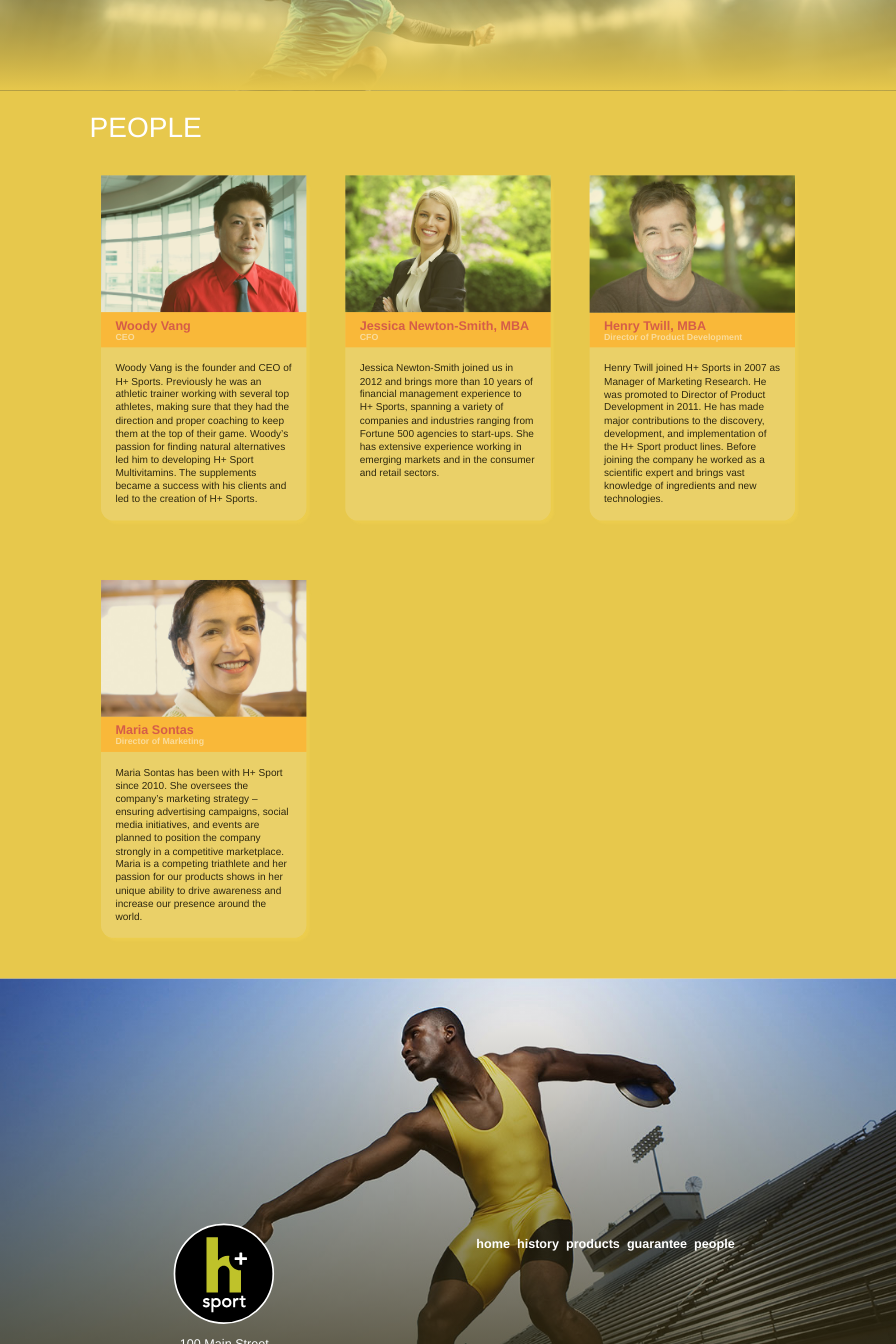
Repository: abrarzahin/H-Plus-Sports
Page: JSFapp/WebContent/index.html
These files come from the project's save history. The page is drawn as it stood at one moment and after the next save; the edit follows.
The browser window is 1280 px wide. The pictures show the part of the page from y = 3683 to 5603 px (the page is 5801 px tall before and 5203 px after), at 70% of full size.
Some web fonts or font styles are not loaded; a fallback is used.

Above is the page before, as saved 2019-01-07 00:50:04.

### JSFapp/WebContent/index.html
<!DOCTYPE html>

<html xmlns="http://www.w3.org/1999/xhtml"
	xmlns:ui="http://xmlns.jcp.org/jsf/facelets"
	xmlns:h="http://xmlns.jcp.org/jsf/html"
	xmlns:f="http://xmlns.jcp.org/jsf/core">
<head>
  <meta charset="UTF-8">
  <title>H+ Sport</title>
  <link rel="stylesheet" href="css/style.css">
  <meta name="viewport" content="width=device-width, initial-scale=1.0">
</head>
<body>

<header id="home" class="header">
  <nav class="nav" role="navigation">
    <div class="container nav-elements">
      <div class="branding">
        <a href="#home"><img src="images/hpluslogo.svg" alt="Logo - H Plus Sports"></a>
      </div><!-- branding -->
      <ul class="navbar">
        <li><a href="#home">home</a></li>
        <li><a href="#history">history</a></li>
        <li><a href="#products">products</a></li>
        <li><a href="#guarantee">guarantee</a></li>
        <li><a href="#people">people</a></li>
      </ul><!-- navbar -->
    </div><!-- container nav-elements -->
  </nav>
  <div class="container tagline">
    <h1 class="headline">Our Mission</h1>
    <p>We support and encourage <em>active and healthy</em> lifestyles, by offering <em>ethically sourced</em> and <em>eco-friendly</em> nutritional products for the <em>performance-driven</em> athlete.</p>
  </div><!-- container tagline -->
</header><!-- #home -->

<section id="history" class="section">
  <div class="container">
    <div class="text-content">
      <h2 class="headline">Company History</h2>
      <p>In 2006, H+ Sport founder <a href="#employees-woodyvang">Woody Vang</a> set out to create supplements and nutritional products made from the <em>purest ingredients</em> and backed by scientific and <em>performance data</em> – to provide a strong basis of <em>trust and accountability</em>.</p>
      <p>His quest began while training for his <em>first 5K marathon</em>, after recovering from a <em>lengthy injury</em> that left him with residual aches, pains, and decreased athletic performance. He yearned for <em>simple and natural ingredients</em>, in their purest form, instead of labels with <em>lengthy chemical names</em> and disclaimers. When no products lived up to his strict requirements, Woody set his sights on <em>creating products</em> that catered to his own vision.</p>
      <p>Today that vision has become H+ Sport…offering a variety of <a href="#products">supplements, energy bars and rehydration solutions</a>. At the foundation of H+ Sports are products backed by scientific and performance data.</p>
    </div>
  </div><!-- container text -->
</section><!-- #history -->

<section id="products" class="section">
  <header class="imageheader"></header>
  <div class="container">
    <h2 class="headline">Products</h2>
    <p>H+ Sport is <em>dedicated to creating</em> eco-friendly, high-quality, nutrient-rich, nutritional products that <em>enhance active lifestyles</em>. We <a href="#guarantee">guarantee</a> it. Take a look at some of our products.</p>
  </div><!-- container -->
  <ul class="product-list">
    <li class="product-item">
      <img class="product-image" src="images/products/vitamin-a.jpg" alt="Vitamin A - Product Photo"/>
      <h2 class="product-name">Vitamin A</h2>
    </li>
    <li class="product-item">
      <img class="product-image" src="images/products/vitamin-bcomplex.jpg" alt="B Complex - Product Photo"/>
      <h2 class="product-name">Vitamin-B Complex</h2>
    </li>
    <li class="product-item">
      <img class="product-image" src="images/products/mineralwater-blueberry.jpg" alt="Blueberry Mineral Water - Product Photo"/>
      <h2 class="product-name">Blueberry Mineral Water</h2>
    </li>
    <li class="product-item">
      <img class="product-image" src="images/products/vitamin-c.jpg" alt="Vitamin C - Product Photo"/>
      <h2 class="product-name">Vitamin C</h2>
    </li>
    <li class="product-item">
      <img class="product-image" src="images/products/proteinbar-chocolate.jpg" alt="Protein Bar Chocolate - Product Photo"/>
      <h2 class="product-name">Chocolate Protein Bar</h2>
    </li>
    <li class="product-item">
      <img class="product-image" src="images/products/vitamin-calcium.jpg" alt="Vitamin Calcium - Product Photo"/>
      <h2 class="product-name">Calcium Vitamin</h2>
    </li>
    <li class="product-item">
      <img class="product-image" src="images/products/vitamin-d.jpg" alt="Vitamin D - Product Photo"/>
      <h2 class="product-name">Vitamin D</h2>
    </li>
    <li class="product-item">
      <img class="product-image" src="images/products/vitamin-flaxseed-oil.jpg" alt="Flaxseed Oil - Product Photo"/>
      <h2 class="product-name">Flaxseed Oil Vitamin</h2>
    </li>
    <li class="product-item">
      <img class="product-image" src="images/products/vitamin-iron.jpg" alt="Vitamin Iron - Product Photo"/>
      <h2 class="product-name">Iron Vitamin</h2>
    </li>
    <li class="product-item">
      <img class="product-image" src="images/products/mineralwater-lemonlime.jpg" alt="Mineral Water Lemon Lime - Product Photo"/>
      <h2 class="product-name">Lemon Lime Mineral Water</h2>
    </li>
    <li class="product-item">
      <img class="product-image" src="images/products/vitamin-magnesium.jpg" alt="Vitamin Magnesium - Product Photo"/>
      <h2 class="product-name">Magnesium Vitamin</h2>
    </li>
    <li class="product-item">
      <img class="product-image" src="images/products/vitamin-multi.jpg" alt="Vitamin Multivitamin - Product Photo"/>
      <h2 class="product-name">Multi-vitamin</h2>
    </li>
    <li class="product-item">
      <img class="product-image" src="images/products/proteinbar-peanutbutter.jpg" alt="Vitamin Protein Bar Peanut Butter - Product Photo"/>
      <h2 class="product-name">Peanut Butter Protein Bar</h2>
    </li>
    <li class="product-item">
      <img class="product-image" src="images/products/mineralwater-strawberry.jpg" alt="Mineral Water Strawberry - Product Photo"/>
      <h2 class="product-name">Strawberry Mineral Water</h2>
    </li>
    <li class="product-item">
      <img class="product-image" src="images/products/proteinbar-lemon.jpg" alt="Protein Bar Lemon - Product Photo"/>
      <h2 class="product-name">Lemon Protein Bar</h2>
    </li>
    <li class="product-item">
      <img class="product-image" src="images/products/mineralwater-orange.jpg" alt="Mineral Water Orange - Product Photo"/>
      <h2 class="product-name">Orange Mineral Water</h2>
    </li>
    <li class="product-item">
      <img class="product-image" src="images/products/mineralwater-peach.jpg" alt="Mineral Water Peach - Product Photo"/>
      <h2 class="product-name">Peach Mineral Water</h2>
    </li>
    <li class="product-item">
      <img class="product-image" src="images/products/mineralwater-raspberry.jpg" alt="Mineral Water Raspberry - Product Photo"/>
      <h2 class="product-name">Raspberry Mineral Water</h2>
    </li>
  </ul><!-- product-list -->
</section><!-- #products -->

<section id="guarantee" class="section">
  <header class="imageheader"></header>
  <div class="container">
    <h2 class="headline">Our Guarantee &amp; Ideals</h2>
    <p>We’re committed to creating products that <em>defy convention</em>, and inspire our customers with pride and trust. In fact, we guarantee <a href="#products">every product</a> we sell. If you’re not 100 percent happy with your purchase, you can return it during the first 60 days, <em>no questions asked</em>.</p>
    <p>Philanthropy is extremely important to us. In fact, <em>each employee volunteers</em> for organization of his or her choice, on the clock, for two hours each week. We know that doing good, breeds more doing good, and we’re happy to <em>promote a cycle</em> of volunteerism that just keeps on giving.</p>
  </div>
</section><!-- guarantee -->

<section id="people" class="section">
  <header class="imageheader"></header>
  <div class="container">
    <h2 class="headline">People</h2>
    <div class="people-cards">
      <div class="person-card" id="employees-woodyvang">
        <img src="images/employees/WoodyVang.jpg" alt="WoodyVang Photo">
        <div class="card-info">
          <h3 class="card-name">Woody Vang</h3>
          <h4 class="card-title">CEO</h4>
        </div>
        <p class="card-text">Woody Vang is the founder and CEO of H+ Sports. Previously he was an athletic trainer working with several top athletes, making sure that they had the direction and proper coaching to keep them at the top of their game. Woody’s passion for finding natural alternatives led him to developing H+ Sport Multivitamins. The supplements became a success with his clients and led to the creation of H+ Sports.</p>
      </div><!-- person-card -->

      <div class="person-card" id="employees-jessicanewton">
        <img src="images/employees/JessicaNewton.jpg" alt="JessicaNewton Photo">
        <div class="card-info">
          <h3 class="card-name">Jessica Newton-Smith, MBA</h3>
          <h4 class="card-title">CFO</h4>
        </div>
        <p class="card-text">Jessica Newton-Smith joined us in 2012 and brings more than 10 years of financial management experience to H+ Sports, spanning a variety of companies and industries ranging from Fortune 500 agencies to start-ups. She has extensive experience working in emerging markets and in the consumer and retail sectors.</p>
      </div><!-- person-card -->

      <div class="person-card" id="employees-henrytwill">
        <img src="images/employees/HenryTwill.jpg" alt="HenryTwill Photo">
        <div class="card-info">
          <h3 class="card-name">Henry Twill, MBA</h3>
          <h4 class="card-title">Director of Product Development</h4>
        </div>
        <p class="card-text">Henry Twill joined H+ Sports in 2007 as Manager of Marketing Research. He was promoted to Director of Product Development in 2011. He has made major contributions to the discovery, development, and implementation of the H+ Sport product lines. Before joining the company he worked as a scientific expert and brings vast knowledge of ingredients and new technologies.</p>
      </div><!-- person-card -->

      <div class="person-card" id="employees-mariasontas">
        <img src="images/employees/MariaSontas.jpg" alt="MariaSontas Photo">
        <div class="card-info">
          <h3 class="card-name">Maria Sontas</h3>
          <h4 class="card-title">Director of Marketing</h4>
        </div>
        <p class="card-text">Maria Sontas has been with H+ Sport since 2010. She oversees the company’s marketing strategy – ensuring advertising campaigns, social media initiatives, and events are planned to position the company strongly in a competitive marketplace. Maria is a competing triathlete and her passion for our products shows in her unique ability to drive awareness and increase our presence around the world.</p>
      </div><!-- person-card -->
      </div>
  </div><!-- container -->
</section><!-- people -->

<footer class="footer">
  <header class="imageheader"></header>
  <div class="container">
  <nav class="nav" role="navigation">
    <div class="container nav-elements">
      <div class="branding">
        <a href="#home"><img src="images/hpluslogo.svg" alt="Logo - H Plus Sports"></a>
        <p class="address">100 Main Street<br>
        Seattle, WA 98144
      </p>
      </div>
      <ul class="navbar">
        <li><a href="#home">home</a></li>
        <li><a href="#history">history</a></li>
        <li><a href="#products">products</a></li>
        <li><a href="#guarantee">guarantee</a></li>
        <li><a href="#people">people</a></li>
      </ul>
    </div>
  </nav>
  <p class="legal">H+ Sport is a fictitious brand created by lynda.com solely for the purpose of training. All products and people associated with H+ Sport are also fictitious. Any resemblance to real brands, products, or people is purely coincidental. Information provided about the product is also fictitious and should not be construed to be representative of actual products on the market in a similar product category.</p>
</div><!-- container -->
</footer><!-- footer -->

</body>
</html>

Loaded but not shown: JSFapp/WebContent/css/style.css (library)

After the next save:
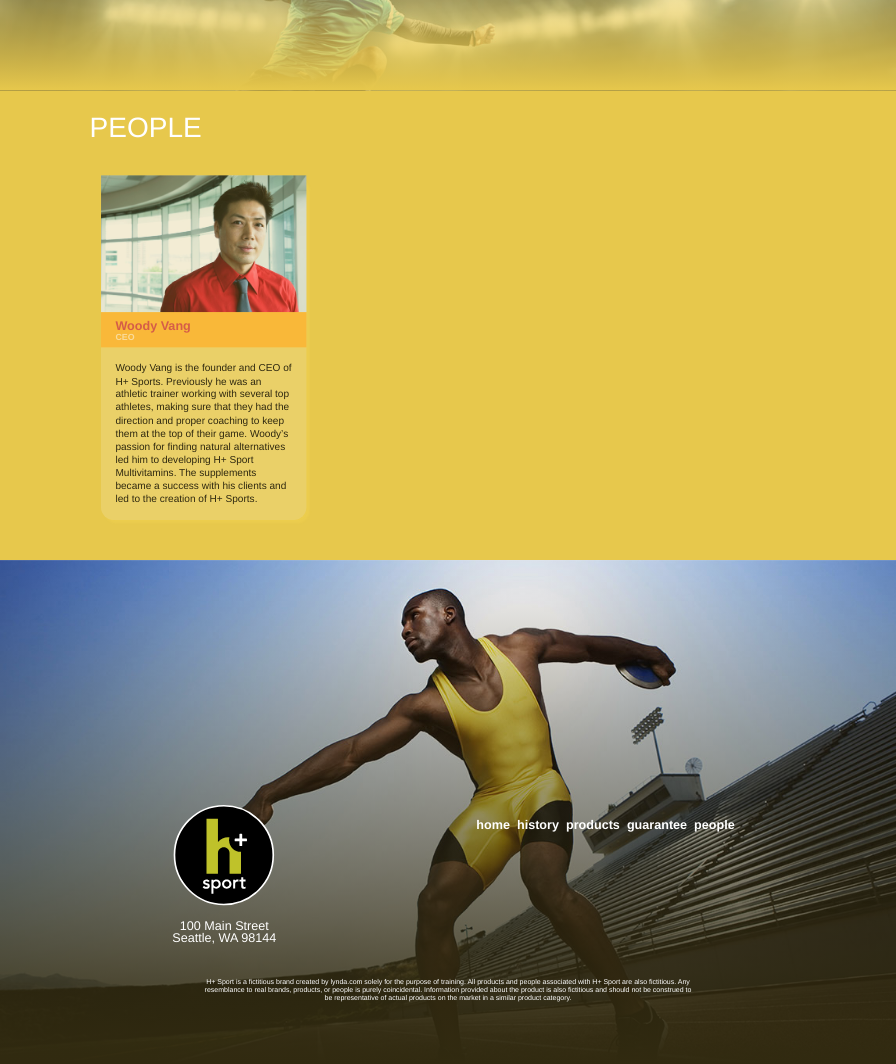
Saved 4 min 45 s later.
--- a/JSFapp/WebContent/index.html
+++ b/JSFapp/WebContent/index.html
@@ -5,10 +5,10 @@
 	xmlns:h="http://xmlns.jcp.org/jsf/html"
 	xmlns:f="http://xmlns.jcp.org/jsf/core">
 <head>
-  <meta charset="UTF-8">
+  <meta charset="UTF-8"/>
   <title>H+ Sport</title>
-  <link rel="stylesheet" href="css/style.css">
-  <meta name="viewport" content="width=device-width, initial-scale=1.0">
+  <link rel="stylesheet" href="css/style.css"/>
+  <meta name="viewport" content="width=device-width, initial-scale=1.0"/>
 </head>
 <body>
 
@@ -16,7 +16,7 @@
   <nav class="nav" role="navigation">
     <div class="container nav-elements">
       <div class="branding">
-        <a href="#home"><img src="images/hpluslogo.svg" alt="Logo - H Plus Sports"></a>
+        <a href="#home"><img src="images/hpluslogo.svg" alt="Logo - H Plus Sports"/></a>
       </div><!-- branding -->
       <ul class="navbar">
         <li><a href="#home">home</a></li>
@@ -149,32 +149,7 @@
         <p class="card-text">Woody Vang is the founder and CEO of H+ Sports. Previously he was an athletic trainer working with several top athletes, making sure that they had the direction and proper coaching to keep them at the top of their game. Woody’s passion for finding natural alternatives led him to developing H+ Sport Multivitamins. The supplements became a success with his clients and led to the creation of H+ Sports.</p>
       </div><!-- person-card -->
 
-      <div class="person-card" id="employees-jessicanewton">
-        <img src="images/employees/JessicaNewton.jpg" alt="JessicaNewton Photo">
-        <div class="card-info">
-          <h3 class="card-name">Jessica Newton-Smith, MBA</h3>
-          <h4 class="card-title">CFO</h4>
-        </div>
-        <p class="card-text">Jessica Newton-Smith joined us in 2012 and brings more than 10 years of financial management experience to H+ Sports, spanning a variety of companies and industries ranging from Fortune 500 agencies to start-ups. She has extensive experience working in emerging markets and in the consumer and retail sectors.</p>
-      </div><!-- person-card -->
 
-      <div class="person-card" id="employees-henrytwill">
-        <img src="images/employees/HenryTwill.jpg" alt="HenryTwill Photo">
-        <div class="card-info">
-          <h3 class="card-name">Henry Twill, MBA</h3>
-          <h4 class="card-title">Director of Product Development</h4>
-        </div>
-        <p class="card-text">Henry Twill joined H+ Sports in 2007 as Manager of Marketing Research. He was promoted to Director of Product Development in 2011. He has made major contributions to the discovery, development, and implementation of the H+ Sport product lines. Before joining the company he worked as a scientific expert and brings vast knowledge of ingredients and new technologies.</p>
-      </div><!-- person-card -->
-
-      <div class="person-card" id="employees-mariasontas">
-        <img src="images/employees/MariaSontas.jpg" alt="MariaSontas Photo">
-        <div class="card-info">
-          <h3 class="card-name">Maria Sontas</h3>
-          <h4 class="card-title">Director of Marketing</h4>
-        </div>
-        <p class="card-text">Maria Sontas has been with H+ Sport since 2010. She oversees the company’s marketing strategy – ensuring advertising campaigns, social media initiatives, and events are planned to position the company strongly in a competitive marketplace. Maria is a competing triathlete and her passion for our products shows in her unique ability to drive awareness and increase our presence around the world.</p>
-      </div><!-- person-card -->
       </div>
   </div><!-- container -->
 </section><!-- people -->
